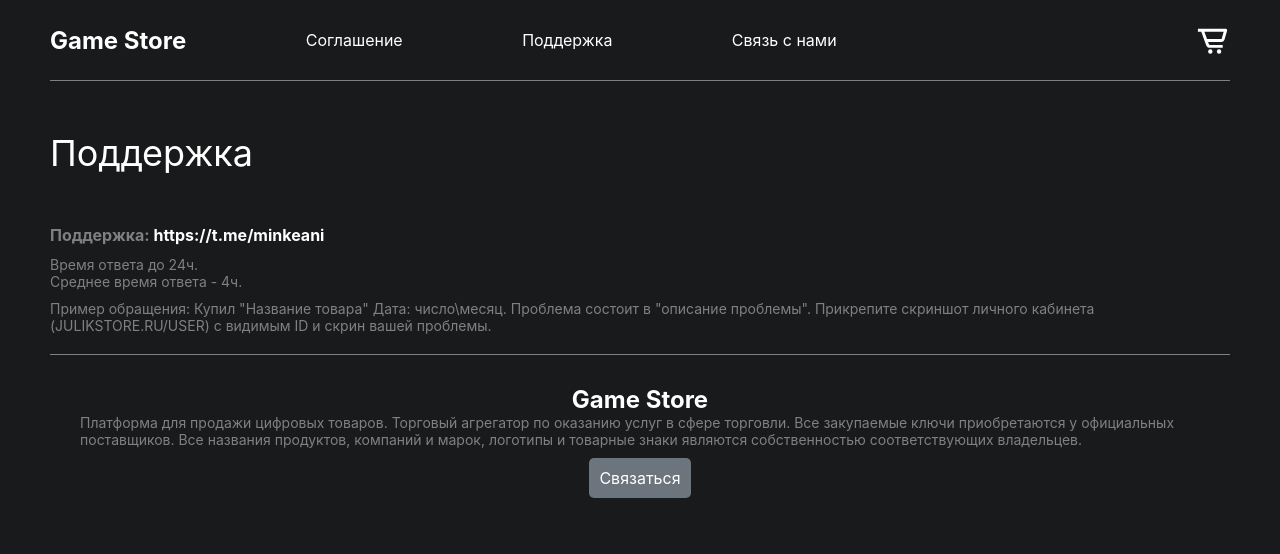
Repository: Minkeani/GameStore
Page: /support
An editor plug-in stored every save of this project. The page is shown before and after the next save, followed by the edit.
The browser window is 1280 px wide. The pictures show the whole page.
The project was rebuilt for these pictures with package versions that can differ from the ones it lists, and the page was loaded fresh each time. Also part of the build but not shown: src/components/ItemsInCart/ItemsInCart.css, src/components/ItemsInCart/ItemsInCart.jsx, src/components/CartMenu/CartMenu.css, src/components/Btn/Btn.css, src/components/Btn/Btn.jsx, src/components/CartItem/CartItem.css, src/components/CartItem/CartItem.jsx, src/components/utils/utils.js and 19 more.

Above is the page before, as saved 2022-09-11 11:35:30.

### src/index.js
import React from 'react';
import ReactDOM from 'react-dom/client';
import './index.css';
import App from './App';
import reportWebVitals from './reportWebVitals';

const root = ReactDOM.createRoot(document.getElementById('root'));
root.render(
    <App />
);

### src/index.css
body {
  margin: 0;
  min-height: 100%;
  font-family: -apple-system, BlinkMacSystemFont, 'Segoe UI', 'Roboto', 'Oxygen',
    'Ubuntu', 'Cantarell', 'Fira Sans', 'Droid Sans', 'Helvetica Neue',
    sans-serif;
  -webkit-font-smoothing: antialiased;
  -moz-osx-font-smoothing: grayscale;
    background-color: rgb(25, 26, 28);
}

code {
  font-family: source-code-pro, Menlo, Monaco, Consolas, 'Courier New',
    monospace;
}

.App {
  max-width: 1180px;;
  margin: 0 auto;
  padding: 0 40px;
  color: white;
}

a {
  color: white;
  text-decoration: none;
}

.secondary-text {
  color: rgb(80, 82, 84);
}

### src/App.js
import { BrowserRouter, Routes, Route } from "react-router-dom";
import Header from "./components/Header/Header";
import { Provider } from "react-redux";
import GamePage from "./components/GamePage/GamePage";
import OrderPage from "./components/OrderPage/OrderPage";
import HomePage from "./pages/HomePage/HomePage";
import {store} from './redux'
import Agreement from "./components/Agreement/Agreement";
import Footer from "./components/Footer/Footer";
import Support from "./components/Support/Support";


function App() {
  return (
    <Provider store={store}>
    <BrowserRouter>
      <div className="App">
        <Header />
        <Routes>
          <Route path="/" element={<HomePage />} />
          <Route path="/app/:title" element={<GamePage />} />
          <Route path="/order" element={<OrderPage />} />
          <Route path="/agreement" element={<Agreement />} />
          <Route path="/support" element={<Support />} />
        </Routes>
        <Footer/>
      </div>
    </BrowserRouter>
    </Provider>
  );
}

export default App;

### src/components/Header/Header.js
import React from 'react'
import { Link } from 'react-router-dom'
import CartBlock from '../CartBlock/CartBlock'
import './Header.css'

export default function Header() {
  return (
    <div className="header">
      <div className="wrapper">
            <Link to='/' className='header__store-title'>Game Store</Link>
            <Link to='/Agreement'>Соглашение</Link>
            <Link to='/support'>Поддержка</Link>
            <a to='/'>Связь с нами</a>

      </div>
      <div className="wrapper header__cart-btn-wrapper">
        <CartBlock/>
      </div>
    </div>
  )
}

### src/redux/index.js
import { configureStore } from '@reduxjs/toolkit';
import gamesReducer from './games/gamesReducer';
import reducerCart from './cart/reducerCart';

export const store = configureStore({
    reducer: {
        games: gamesReducer,
        cart: reducerCart
    }
  })

### src/components/Footer/Footer.jsx
import React from "react";
import "./Footer.css";
import { Link } from "react-router-dom";
import P from "../Ui/P/P";

const Footer = () => {
  return (
    <footer className="footer">
      <div className="wrapper__footer">
        <Link to="/" className="header__store-title">
          Game Store
        </Link>

        <div>
          <P>
            Платформа для продажи цифровых товаров. Торговый агрегатор по
            оказанию услуг в сфере торговли. Все закупаемые ключи приобретаются
            у официальных поставщиков. Все названия продуктов, компаний и марок,
            логотипы и товарные знаки являются собственностью соответствующих
            владельцев.
          </P>
          <a href="https://linktr.ee/minkeani" target="blank">
            Связаться
          </a>
        </div>
      </div>
    </footer>
  );
};

export default Footer;

### src/components/Support/Support.jsx
import React from 'react';
import BigTitle from '../Ui/BigTitle/BigTitle';
import Title from '../Ui/Title/Title';
import P from '../Ui/P/P';
import './Support.css'

const Support = () => {
    return (
        <div>
            <BigTitle>Поддержка</BigTitle>
            <Title>Поддержка: <a target='blank' href='https://t.me/minkeani'>https://t.me/minkeani</a> </Title>
            <P>
            Время ответа до 24ч.
            <br/>
Среднее время ответа - 4ч.
            </P>
            <P>
            Пример обращения:
Купил "Название товара" Дата: число\месяц. Проблема состоит в "описание проблемы". Прикрепите скриншот личного кабинета (JULIKSTORE.RU/USER) с видимым ID и скрин вашей проблемы.
            </P>
        </div>
    );
}

export default Support;

### src/components/CartBlock/CartBlock.jsx
import React, { useState, useCallback } from "react";
import "./CartBlock.css";
import { useSelector } from "react-redux";
import { BiCartAlt } from "react-icons/bi";
import ItemsInCart from "../ItemsInCart/ItemsInCart";
import CartMenu from "../CartMenu/CartMenu";
import { useNavigate } from "react-router-dom";

export default function CartBlock() {
  const items = useSelector((state) => state.cart.itemsInCart);
  const totalPrice = items.reduce((acc, game) => (acc += game.price), 0);
  const [isCartMenuVisible, setCartMenuVisible] = useState(false)

  const navigate = useNavigate()

  const handleClick = useCallback(() => {
    setCartMenuVisible(false)
    navigate('/order')
  }, [navigate])

  return (
    <div className="cart-block">
      <ItemsInCart quantity={items.length}/>
      <BiCartAlt size={35} className="cart-icon" onClick={() => setCartMenuVisible(!isCartMenuVisible)} />
      {totalPrice > 0 ? (
        <span className="total-price">{totalPrice} руб</span>
      ) : null}

     {isCartMenuVisible ? <CartMenu items={items} onClick={handleClick} /> : ''}
    </div>
  );
}

### src/components/Header/Header.css
.header {
    height: 80px;
    display: flex;
    align-items: center;
    justify-content: space-between;
    margin-bottom: 30px;
    border-bottom: 1px solid gray
}

.wrapper {
    display: flex;
    flex-grow: 1;
    align-items: center;
    justify-content: space-between;

}

.wrapper a{

}

.header__store-title {
    color: white;
    text-decoration: none;
    font-size: 24px;
    font-weight: bold;
}

.header__cart-btn-wrapper {
    justify-content: flex-end;
}

### src/redux/games/gamesReducer.js
import { createSlice } from '@reduxjs/toolkit'

const gamesSlice = createSlice({
  name: 'games',
  initialState: {
    currentGame: null
  },
  reducers: {
    setCurrentGame: (state, action) => {
      state.currentGame = action.payload
    },
  }
});

export const { setCurrentGame } = gamesSlice.actions;
export default gamesSlice.reducer;

### src/redux/cart/reducerCart.js
import { createSlice } from "@reduxjs/toolkit";

const cartSlice = createSlice({
    name: 'cart',
    initialState: {
        itemsInCart: []
    },
    reducers: {
        setItemInCart: (state, action) => {
            state.itemsInCart.push(action.payload)
    },
        deleteItemFromCart: (state, action) => {
        state.itemsInCart = state.itemsInCart.filter(game => game.id !== action.payload)
    }
}
});

export const {setItemInCart, deleteItemFromCart} = cartSlice.actions;
export default cartSlice.reducer;

### src/components/Ui/Title/Title.jsx
import React from 'react';
import './Title.css'

const Title = ({children}) => {
    return (
        <div className='Title'>
            {children}
        </div>
    );
}

export default Title;

### src/components/Ui/BigTitle/BigTitle.jsx
import React from 'react';
import './BigTitle.css'

const BigTitle = ({children}) => {
    return (
        <h2 className='BigTitle'>
            {children}
        </h2>
    );
}

export default BigTitle;

### src/components/Ui/P/P.jsx
import React from 'react';
import './P.css'

const P = ({children}) => {
    return (
        <div className='paragraph'>
            {children}
        </div>
    );
}

export default P;

### src/components/Footer/Footer.css
.footer {
    height: 100%;
    padding: 10px;
    display: flex;
    align-self: end;
    flex-grow: 1;
    margin-bottom: 30px;
    margin-top: 20px;
    border-top: 1px solid gray
}

.wrapper__footer {
    display: flex;
    margin: 20px;
    flex-grow: 1;
    flex-direction: column;
    align-items: center;
    justify-content: space-between;
}

.wrapper__footer div {
    display: flex;
    align-items: center;
    justify-content: center;
    flex-direction: column
}
.wrapper__footer div a{
    color: #ffffff;
    background-color: #6c757d;
    border: none;
    padding: 10px;
    border-radius: 5px;
}

.wrapper__footer div a:hover{
    color: #ffffff;
    background-color:  #3e4042;
}

### src/components/CartBlock/CartBlock.css
.cart-block {
    display: flex;
    align-items: center;
    position: relative;
}

.total-price {
    margin-left: 15px;
    font-size: 18px;
    font-weight: bold;
}

.cart-icon {
    cursor: pointer;
    position: relative;
}

### src/components/Ui/Title/Title.css
.Title {
    color: gray;
    font-weight: 700;
    line-height: 1.3;
    margin: 15px 0 10px;
}

### src/components/Ui/BigTitle/BigTitle.css
.BigTitle {
    font-size: 36px;
    font-weight: 400;
    color: #fff;
    padding: 20px 0;
}

### src/components/Ui/P/P.css
.paragraph {
    margin-bottom: 10px;
    color: gray;
    font-size: 14px;
    font-weight: 400;
    font-style: normal;
}

Loaded but not shown: public/index.html (common file); src/reportWebVitals.js (common file); src/components/Support/Support.css (no stored copy; drawn as an empty file)

After the next save:
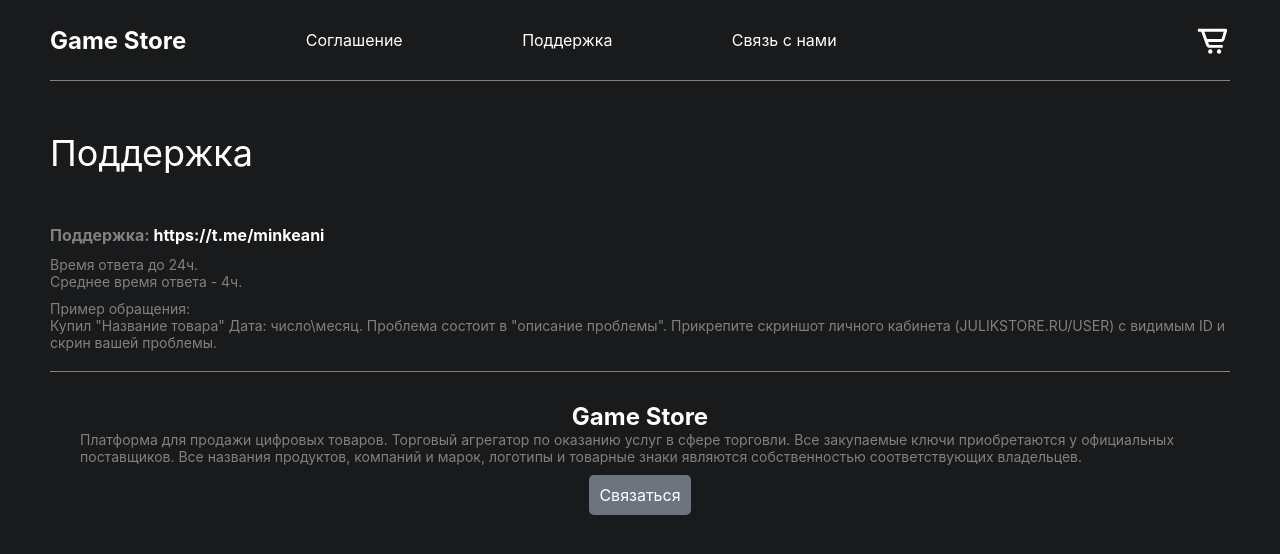
Saved 12 s later.
--- a/src/components/Support/Support.jsx
+++ b/src/components/Support/Support.jsx
@@ -15,7 +15,7 @@ const Support = () => {
 Среднее время ответа - 4ч.
             </P>
             <P>
-            Пример обращения:
+            Пример обращения: <br/>
 Купил "Название товара" Дата: число\месяц. Проблема состоит в "описание проблемы". Прикрепите скриншот личного кабинета (JULIKSTORE.RU/USER) с видимым ID и скрин вашей проблемы.
             </P>
         </div>
